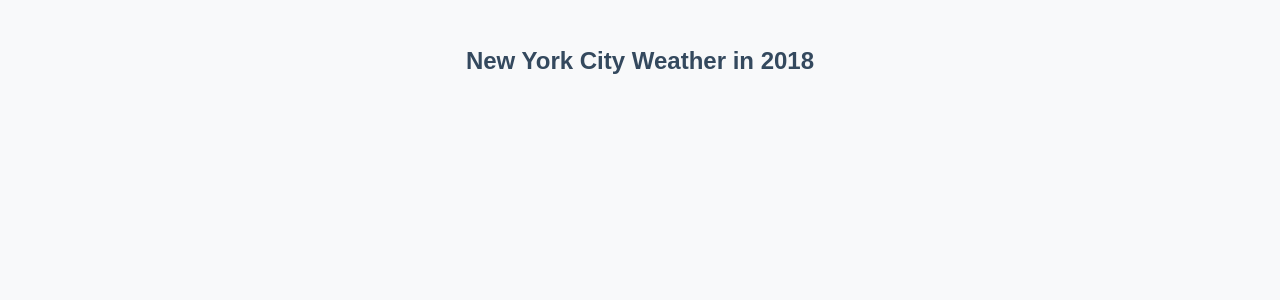
Repository: m0llyc00k/web-advanced
Page: NYC_weather_midterm/index_MC.html
The author's editor kept a record of every edit. The page is drawn from the files as they stood at one moment, then again after the next edit.
The browser window is 1280 px wide. The pictures show the whole page.
The page's requests for data from a server got no answer. Some web fonts or font styles are not loaded; a fallback is used.

Above is the page before.

After the next edit:
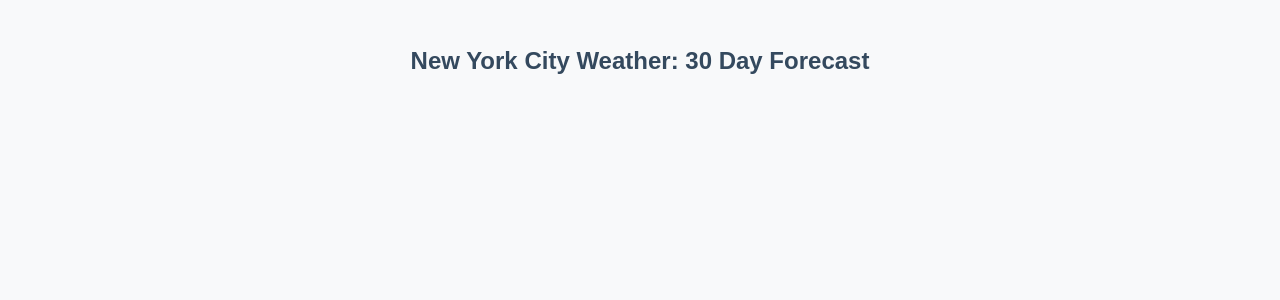
The edit:
--- a/NYC_weather_midterm/index_MC.html
+++ b/NYC_weather_midterm/index_MC.html
@@ -10,7 +10,7 @@
 
 <body>
     <h2 class="title">
-        New York City Weather in 2018
+        New York City Weather: 30 Day Forecast
     </h2>
 
     <div id="wrapper" class="wrapper">
